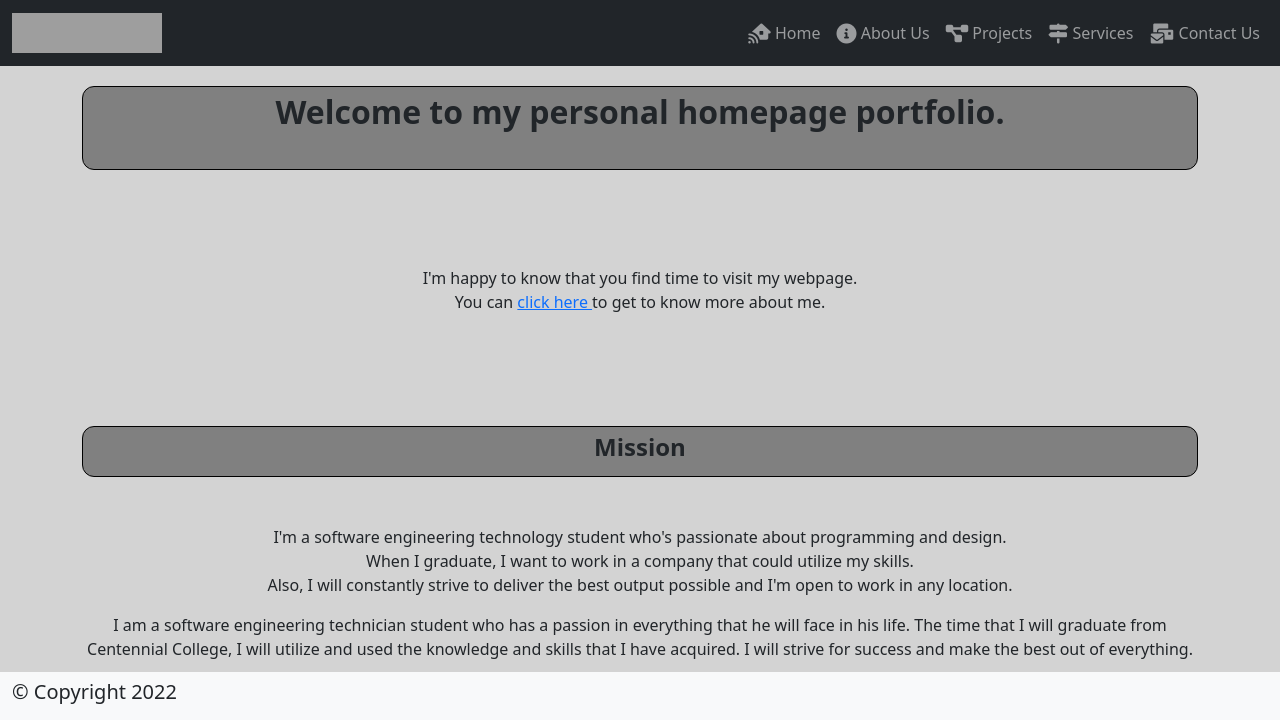
Repository: acarino4/Express-Portfolio-Site
Page: http://localhost/
These files come from the project's save history. The page is drawn as it stood at one moment and after the next save; the edit follows.
The browser window is 1280 px wide. The pictures show the whole page.
Pictures or frames that could not be fetched are drawn as grey boxes. The page is served by the project's Node server (server.js). Other server files are loaded and not shown.

Above is the page before, as saved 2022-10-08 19:00:58.

### Server/Views/index.ejs
<!--
    *****************************************
    * File Name: MyExpressPortfolio         *
    * Students Name: Jenyll Mabborang       *
    * Student ID: 301225121                 *
    * Date: June 06, 2022                   *
    *****************************************
-->

<!DOCTYPE html>
<html lang="en">
<head>
    <meta charset="UTF-8">
    <meta http-equiv="X-UA-Compatible" content="IE=edge">
    <meta name="viewport" content="width=device-width, initial-scale=1.0">
    <title><%= title %></title>
    <!-- CSS Goes Here -->
    <link rel="stylesheet" href="./bootstrap/dist/css/bootstrap.min.css">
    <link rel="stylesheet" href="./@fortawesome/fontawesome-free/css/all.min.css">
    <link rel="stylesheet" href="./Content/app.css">
</head>
<body>
    <!-- Main Navigation Section -->
    <header>
        <%- include('components/header.ejs'); %> <!-- Inserts or injects my header.ejs inside my header-->
    </header>

    <!-- Content Section -->
    <main>
        <%- include('content/' + page + '.ejs'); %>
    </main>

    <!-- Site-wide Footer Section -->
    <footer>
        <!-- Site-wide footer -->
        <%- include('components/footer.ejs'); %> <!-- Inserts or injects my footerr.ejs inside my footer-->
    </footer>

    <!-- JavaScript goes here -->
    <script src="./jquery/dist/jquery.min.js"></script>
    <script src="./bootstrap/dist/js/bootstrap.min.js"></script>
    <script src="./@fortawesome/fontawesome-free/js/all.min.js"></script>
    <script src="./Scripts/app.js"></script>
</body>
</html>

### Server/Views/components/header.ejs
<!--
  Name: Angelo Caster M. Carino
  Student ID: 301223955
  Assignment 1: Express Portfolio Site
-->
<nav class="navbar navbar-expand-lg navbar-dark bg-dark">
    <div class="container-fluid">
      <a class="navbar-brand" href="/"><img src="./Assets/images/logo.png" alt="" width="150" height="40"></i> </a>
      <button class="navbar-toggler" type="button" data-bs-toggle="collapse" data-bs-target="#navbarSupportedContent" aria-controls="navbarSupportedContent" aria-expanded="false" aria-label="Toggle navigation">
        <span class="navbar-toggler-icon"></span>
      </button>
      <div class="collapse navbar-collapse" id="navbarSupportedContent">
        <ul class="navbar-nav ms-auto mb-2 mb-lg-0">

          <!-- Home Page link -->
          <li class="nav-item">
            <a class="nav-link" aria-current="page" href="/home"><i class="fa-solid fa-house-signal fa-lg"></i> Home</a>
          </li>

          <!-- About Page link -->
          <li class="nav-item">
            <a class="nav-link" aria-current="page" href="/about"><i class="fa-solid fa-circle-info fa-lg"></i></i> About Us</a>
          </li>

          <!-- Projects Page link -->
          <li class="nav-item">
            <a class="nav-link" aria-current="page" href="/projects"><i class="fa-solid fa-diagram-project fa-lg"></i></i> Projects</a>
          </li>

          <!-- Services Page link -->
          <li class="nav-item">
            <a class="nav-link" aria-current="page" href="/services"><i class="fa-solid fa-signs-post fa-lg"></i></i> Services</a>
          </li>

          <!-- Contact Page link -->
          <li class="nav-item">
            <a class="nav-link" aria-current="page" href="/contact"><i class="fa-solid fa-envelopes-bulk fa-lg"></i> Contact Us</a>
          </li>

        </ul>
      </div>
    </div>
  </nav>

### Server/Views/content/home.ejs
<!--
  Name: Angelo Caster M. Carino
  Student ID: 301223955
  Assignment 1: Express Portfolio Site
-->

<!-- HOME.EJS body content section -->
<head>
    <style>
        body {
            background-color:lightgray;
        }
        .div1 {
            border: 1px solid black;
            border-radius: 12px;
            padding: 6px;
            background-color: grey;
            text-align: center;


        }

   </style>

</head>

<div class="container" style="padding-top: 20px;">
    <!-- Welcome Message -->
    <div class = "div1">
    <h2><strong>Welcome to my personal homepage portfolio.</strong></h2> <br>
</div>
<br>
<br>
<br>
<br>
<center>
    <p>I'm happy to know that you find time to visit my webpage. <br>
    <!-- Link to my about page -->
    You can <a href="./about"> click here </a> to get to know more about me.</p> <br><br><br><br>

    <!-- Mission Statement -->
    <div class = "div1">
    <h4> <strong>Mission</strong> </h4>
</div>
<br>
<br>
    <p>I'm a software engineering technology student who's passionate about programming and design. <br>
    When I graduate, I want to work in a company that could utilize my skills. <br>
    Also, I will constantly strive to deliver the best output possible and I'm open to work in any location.</p>

    <p> I am a software engineering technician student who has a passion in everything that he will face in his life.
        The time that I will graduate from Centennial College, I will utilize and used the knowledge and skills that
        I have acquired. I will strive for success and make the best out of everything. </p>
</div>
</center>

### Server/Views/components/footer.ejs
<!--
  Name: Angelo Caster M. Carino
  Student ID: 301223955
  Assignment 1: Express Portfolio Site
-->

<nav class="navbar fixed-bottom bg-light">
    <div class="container-fluid">
      <h5 id="copyright">&copy; Copyright 2022 </h5>
    </div>
</nav>

### server.js
#!/usr/bin/env node
"use strict";
var __importDefault = (this && this.__importDefault) || function (mod) {
    return (mod && mod.__esModule) ? mod : { "default": mod };
};
Object.defineProperty(exports, "__esModule", { value: true });
const app_1 = __importDefault(require("./Server/Config/app"));
const debug_1 = __importDefault(require("debug"));
(0, debug_1.default)('lesson4:server');
const http_1 = __importDefault(require("http"));
const port = normalizePort(process.env.PORT || '3000');
app_1.default.set('port', port);
const server = http_1.default.createServer(app_1.default);
server.listen(port);
server.on('error', onError);
server.on('listening', onListening);
function normalizePort(val) {
    var port = parseInt(val, 10);
    if (isNaN(port)) {
        return val;
    }
    if (port >= 0) {
        return port;
    }
    return false;
}
function onError(error) {
    if (error.syscall !== 'listen') {
        throw error;
    }
    let bind = typeof port === 'string'
        ? 'Pipe ' + port
        : 'Port ' + port;
    switch (error.code) {
        case 'EACCES':
            console.error(bind + ' requires elevated privileges');
            process.exit(1);
            break;
        case 'EADDRINUSE':
            console.error(bind + ' is already in use');
            process.exit(1);
            break;
        default:
            throw error;
    }
}
function onListening() {
    let addr = server.address();
    let bind = 'pipe ' + addr;
    (0, debug_1.default)('Listening on ' + bind);
}
//# sourceMappingURL=server.js.map

### Server/Routes/index.js
"use strict";
var __importDefault = (this && this.__importDefault) || function (mod) {
    return (mod && mod.__esModule) ? mod : { "default": mod };
};
Object.defineProperty(exports, "__esModule", { value: true });
const express_1 = __importDefault(require("express"));
const router = express_1.default.Router();
router.get('/', function (req, res, next) {
    res.render('index', { title: 'Home', page: 'home' });
});
router.get('/home', function (req, res, next) {
    res.render('index', { title: 'Home', page: 'home' });
});
router.get('/about', function (req, res, next) {
    res.render('index', { title: 'About Us', page: 'about' });
});
router.get('/projects', function (req, res, next) {
    res.render('index', { title: 'Our Projects', page: 'projects' });
});
router.get('/services', function (req, res, next) {
    res.render('index', { title: 'Our Services', page: 'services' });
});
router.get('/contact', function (req, res, next) {
    res.render('index', { title: 'Contact Us', page: 'contact' });
});
exports.default = router;
//# sourceMappingURL=index.js.map

### Client/Content/app.css
/*CUSTOM CSS GOES HERE*/

### Client/Scripts/app.js
"use strict";
(function () {
    function Start() {
        console.log("App Started!");
        let XHR = new XMLHttpRequest();
        XHR.open("GET", "../data/data.json");
        XHR.send();
        XHR.addEventListener("readystatechange", function () {
            if (XHR.readyState == 4 && XHR.status == 200) {
                console.log("JSON Data:");
                console.log("===========");
                console.log(XHR.responseText);
            }
        });
    }
    window.addEventListener("load", Start);
})();
//# sourceMappingURL=app.js.map

### Client/data/data.json
{
    "FullName": "Jenyll Mabborang",
    "ContactNumber": "564315584",
    "EmailAddress": "jenyll@example.com"
}

After the next save:
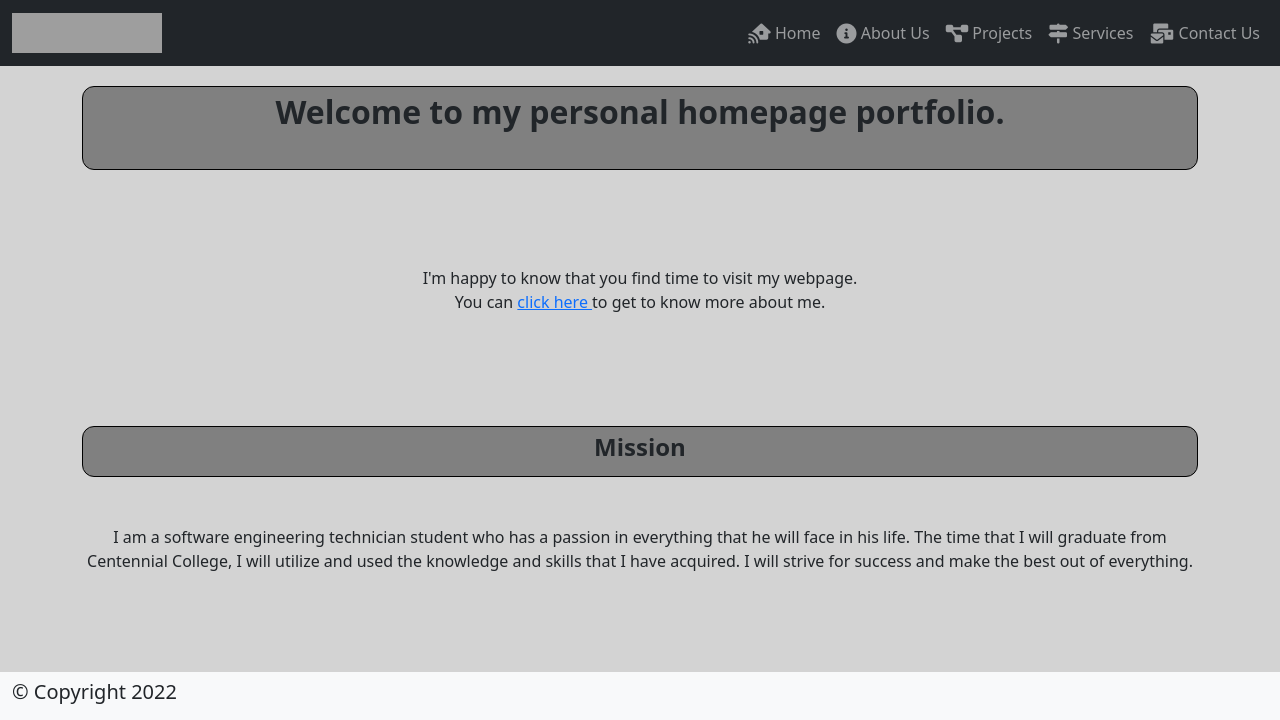
Saved 10 s later.
--- a/Server/Views/content/home.ejs
+++ b/Server/Views/content/home.ejs
@@ -44,10 +44,6 @@
 </div>
 <br>
 <br>
-    <p>I'm a software engineering technology student who's passionate about programming and design. <br>
-    When I graduate, I want to work in a company that could utilize my skills. <br>
-    Also, I will constantly strive to deliver the best output possible and I'm open to work in any location.</p>
-
     <p> I am a software engineering technician student who has a passion in everything that he will face in his life.
         The time that I will graduate from Centennial College, I will utilize and used the knowledge and skills that
         I have acquired. I will strive for success and make the best out of everything. </p>
